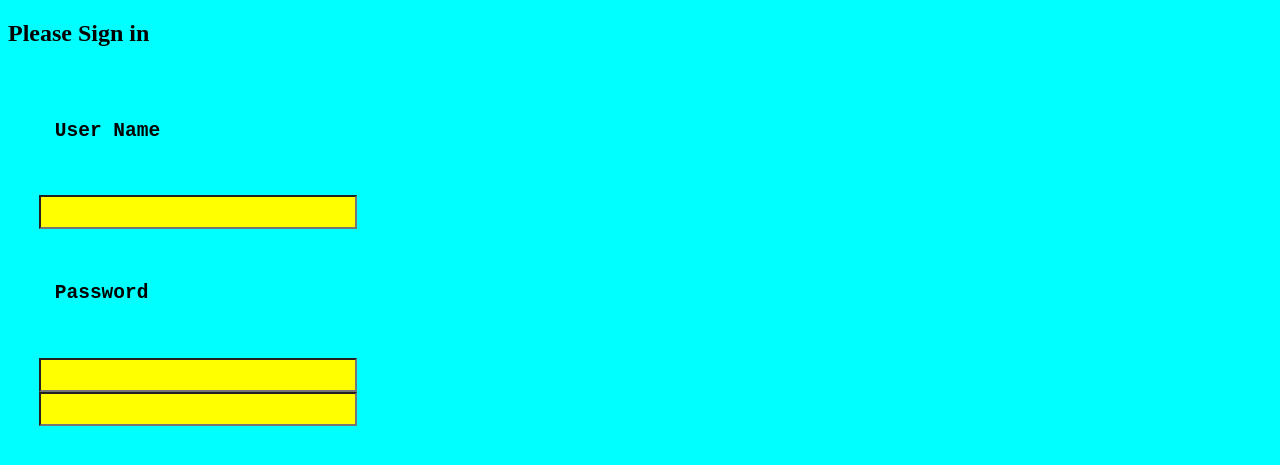
Repository: AkshayBorate/webJava
Page: web_projectservlet/src/main/webapp/login.html
The author's editor kept a copy of each file at every save. The page is drawn from the files as they stood at one save, then again after the next save.
The browser window is 1280 px wide. The pictures show the whole page.

Above is the page before, as saved 2024-11-28 06:39:38.

### web_projectservlet/src/main/webapp/login.html
<!DOCTYPE html>
<html>

<body bgcolor="cyan">
<h2>Please Sign in</h2>
<form action="">
<pre>
    <h2>
    User Name
    </h2>
    <input type="text" name="uid" style="background-color:yellow;color:blue; font-size:18pt"/>
       <h2>
    Password
    </h2>
    <input type="password" name="pass" style="background-color:yellow;color:blue; font-size:18pt"/>
    <input type="sybmit" name="Click" style="background-color:yellow;color:blue; font-size:18pt"/>
    </pre>
</form>
</body>
</html>

After the next save:
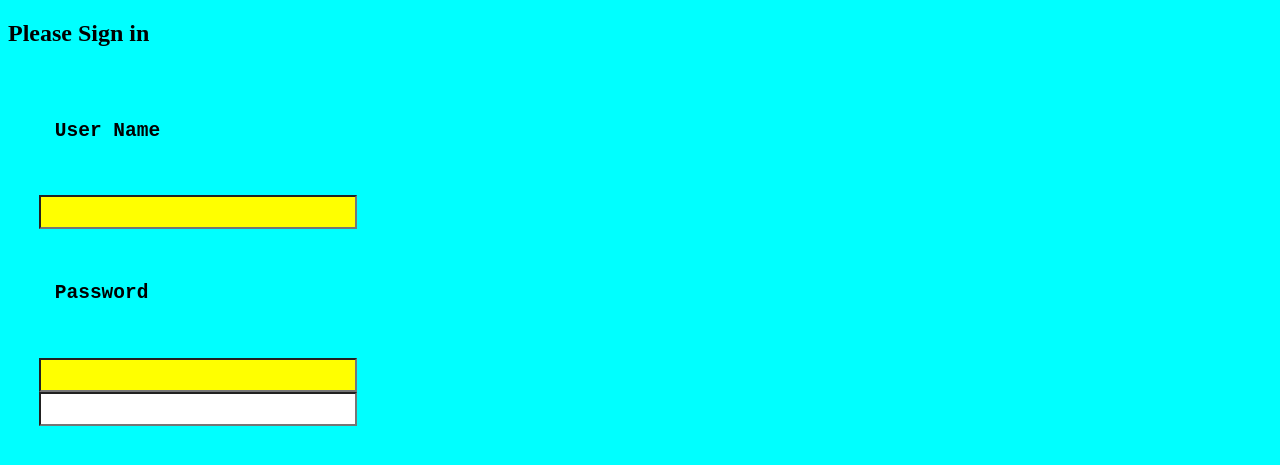
Saved 20 s later.
--- a/web_projectservlet/src/main/webapp/login.html
+++ b/web_projectservlet/src/main/webapp/login.html
@@ -13,7 +13,7 @@
     Password
     </h2>
     <input type="password" name="pass" style="background-color:yellow;color:blue; font-size:18pt"/>
-    <input type="sybmit" name="Click" style="background-color:yellow;color:blue; font-size:18pt"/>
+    <input type="sybmit" name="Click" style="background-color:white;color:blue; font-size:18pt"/>
     </pre>
 </form>
 </body>
